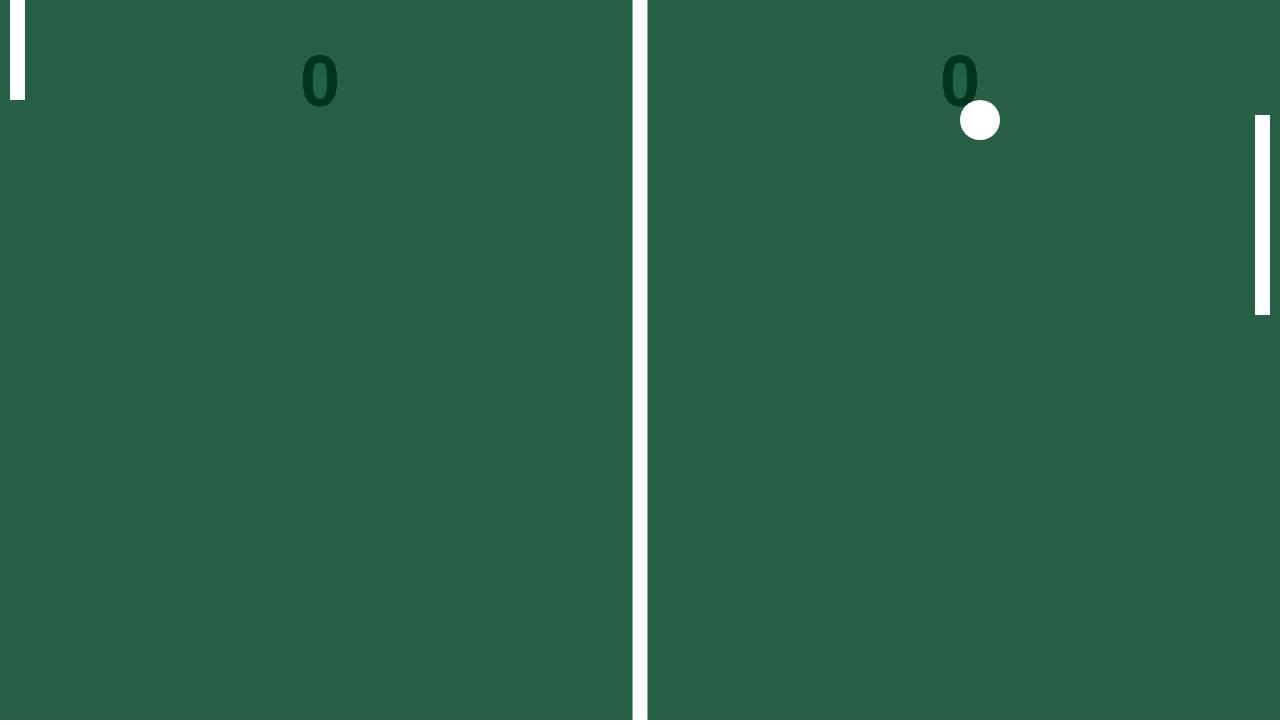
Repository: carlosrobertofigueiredo/Projeto-Ping-Pong
Page: index.html
An editor plug-in stored every save of this project. The page is shown before and after the next save, followed by the edit.
The browser window is 1280 px wide. The pictures show the whole page.

Above is the page before, as saved 2023-05-01 17:21:40.

### index.html
<!DOCTYPE html>
<html lang="en">
  <head>
    <meta charset="UTF-8" />
    <meta http-equiv="X-UA-Compatible" content="IE=edge" />
    <meta name="viewport" content="width=device-width, initial-scale=1.0" />
    <title>Jogo Ping-Pong</title>
    <style>
      * {
        overflow: hidden;
        margin: 0;
        padding: 0;
      }
   </style>
  </head>
  <body>
    <canvas></canvas>
    <script>
      //Captura o elemento canvas do DOM
      const canvasEl = document.querySelector("canvas"),
        canvasCtx = canvasEl.getContext("2d"),
        gapX = 10 //gapX = afastamento da raquete em relação a borda

        const mouse = { x: 0, y: 0}

      const field = {
        w: window.innerWidth,
        h: window.innerHeight,
        draw: function () {
          canvasCtx.fillStyle = "#286047" //fillStyle define o estilo do objeto
          canvasCtx.fillRect(0, 0, this.w, this.h) //fillRect define as medidas do retângulo, this - faz referência ao objeto interno
        },
      }

      const line = {
        w: 15,
        h: field.h,
        draw: function(){
          canvasCtx.fillStyle = "#ffffff"

         // desenha linha central
         canvasCtx.fillRect(field.w / 2 - this.w / 2, 0, this.w, this.h) // field faz referência ao objeto da cons field e o this aos parâmetros internos do próprio objeto

           /* const x = window.innerHeight / 2 - lineWidth / 2 //largura do campo dividido por dois e a largura divida por dois, caso queira mudar a espessura da linha no futuro fica mais fácil para centralizar a linha
        const y = 0 // onde começa a linha
        const w = lineWidth  //largura é a própria linha
        const h = window.innerHeight

        canvasCtx.fillRect(x,y,w,h) */

        },
      }

      const leftPaddle = {
        x: gapX,
        y: 0,
        w: line.w,
        h: 200,
        _move: function(){
          this.y = mouse.y - this.h / 2 //a raquete se orienta pelo movimento do mouse e o this.h/2 coloca o ponteiro do mouse no meio da raquete
        },
        draw: function(){
          canvasCtx.fillStyle = "#ffffff"
          // desenha a raquete esquerda
        canvasCtx.fillRect(this.x, this.y, this.w, this.h)  //  this.x = afastamento da raquete da borda), this.y = altura da raquete em relação ao topo,  this.w = largura da linha, this.h = altura da raquete

         this._move() // chama a função move para controlar a raquete
       },
      }


      const rightPaddle = {
        x: field.w - line.w - gapX,
        y: 100,
        w: line.w,
        h: 200,
        _move: function(){
          this.y = ball.y //a raquete se orienta pela bolinha
        },
        draw: function(){
          canvasCtx.fillStyle = "#ffffff"
         // desenha a raquete direita
        canvasCtx.fillRect(this.x, this.y, this.w, this.h)  //  this.x = afastamento da raquete da borda), this.y = altura da raquete em relação ao topo,  this.w = largura da linha, this.h = altura da raquete

          this._move()
       },
      }

      const score = {
        human: 0,
        computer: 0,
        increaseHuman: function () {
          this.human++
        },
        increaseComputer: function () {
          this.computer++
        },
        draw: function(){

          // desenha o placar
        canvasCtx.font = "bold 72px Arial"
        canvasCtx.textAlign = "center"
        canvasCtx.textBaseline = "top"
        canvasCtx.fillStyle = "#01341D"
        canvasCtx.fillText(this.human, field.w / 4, 50) //primeiro parâmetro é o texto do placar = 3, o segundo parâmento é o primeiro 1/4 do campo = window.innerWidth / 4, o terceiro parâmetro é o y que corresponde a altura do placar.
        canvasCtx.fillText(this.computer, field.w / 4 + field.w / 2, 50)

        },

      }

      const ball = {

        x: 0,
        y: 0,
        r:  20,
        speed: 5,
        directionX: 1, //diz a trajetória da bolinha, 1 = bolinha indo pra frente e -1 bolinha pra trás.
        directionY: 1, //diz a trajetória da bolinha, 1 = bolinha indo pra baixo e -1 bolinha pra cima.

        _calcPosition: function(){

          // verifica se o jogador 1 fez um ponto (x > largura do campo)
          if (this.x > field.w - this.r - rightPaddle.w - gapX) {
            // verifica se a raquete direita está na posição y da bola
            if (
              this.y + this.r > rightPaddle.y &&
              this.y - this.r < rightPaddle.y + rightPaddle.h
            ) {
              // rebate a bola intervertendo o sinal de X
              this._reverseX()
            } else {
              // pontuar o jogador 1
              score.increaseHuman()
              this._pointUp()
            }
          }
          //verifica as laterais superior e inferior do campo
          if(
            (this.y - this.r < 0 && this.directionY < 0 ) ||  //reveter o y na parte superior do campo, this.r desconsidera o centro do raio para rebater pela borda
            (this.y > field.h - this.r && this.directionY > 0) //no momento que o Y da bolinha começar a descer, se ela for maior que a altura de campo se inverte a direção, this.r desconsidera o centro do raio para rebater pela borda
            ){
              // rebate a bola invertendo o sinal do eixo Y
              this._reverseY()

          }
        },

        _reverseX: function(){
          this.directionX *= -1
        },

        _reverseY: function(){
          /*
          1 * -1 = -1
          -1 * -1 =  1 */

          this.directionY *= -1
        },

        _pointUp: function () {
          this.x = field.w / 2
          this.y = field.h / 2
        },

        _move: function(){
          this.x += this.directionX * this.speed
          this.y += this.directionY * this.speed
        },
        draw: function() {

          // desenha a bolinha
        canvasCtx.fillStyle = "#ffffff"
        canvasCtx.beginPath()  //o comando arc não tem um comando fillarc, por isso é necessário colocar o arc entre o beginPath() e o fill()
        canvasCtx.arc(this.x, this.y, this.r, 0, 2 * Math.PI, false)  //arc(x, y, r, 0, 0.0 * Math.PI, false) x,y = posição do arco(bolinha), r = tamanho da bolinha, 0 = inicio do arco, 2.0 * PI define o circulo
        canvasCtx.fill()

        this._calcPosition()
        this._move()

        },

        }


       /*Função p/ definir altura e largura do campo*/
       function setup() {
        canvasEl.width = canvasCtx.width = field.w
        canvasEl.height = canvasCtx.height = field.h
      }

      /* Função de desenho dos elementos do campo*/
        function draw() {
        field.draw()
        line.draw()
        leftPaddle.draw()
        rightPaddle.draw()
        score.draw()
        ball.draw()

      }




      window.animateFrame = ( function () {
         return(
           window.requestAnimationFrame ||
           window.webkitRequestAnimationFrame ||
           window.mozRequestAnimationFrame ||
           window.oRequestAnimationFrame ||
           window.msRequestAnimationFrame ||
           function (callback) {
            return window.setTimeout(callback, 1000 / 60)
           }
          )
         })()

         function main() {
          animateFrame(main)
          draw()
         }

         setup()
         main()

         canvasEl.addEventListener("mousemove", function (e) {
          mouse.x = e.pageX
          mouse.y = e.pageY



         })


    </script>
  </body>
</html>

After the next save:
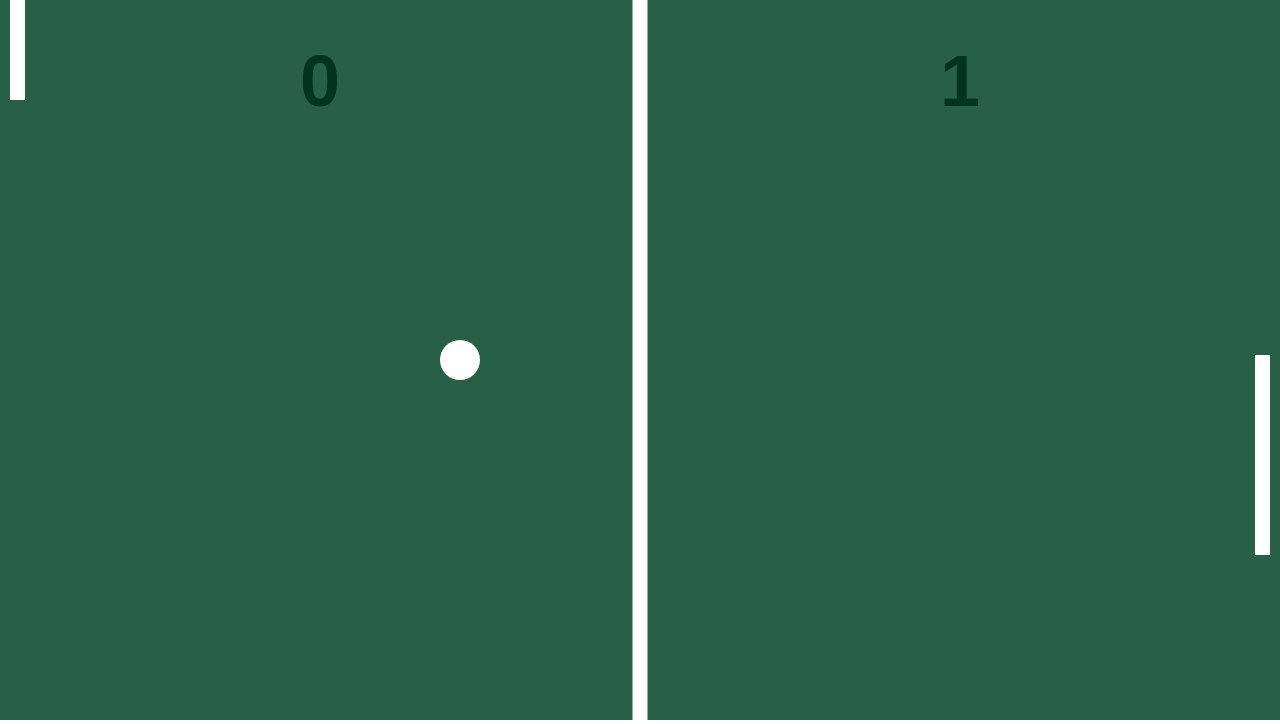
Saved 28 min 7 s later.
--- a/index.html
+++ b/index.html
@@ -135,6 +135,20 @@
               this._pointUp()
             }
           }
+           // verifica se o jogador 2 fez um ponto
+           if (this.x < this.r + leftPaddle.w + gapX) {
+            // verifica se a raquete esquerda está na posição y da bola
+            if (this.y + this.r > leftPaddle.y && this.y - this.r < leftPaddle.y + leftPaddle.h){
+               // rebate a bola intervertendo o sinal de X
+               this._reverseX()
+            }  else {
+              // pontuar o jogador 2
+              score.increaseComputer()
+              this._pointUp()
+            }
+           }
+
+
           //verifica as laterais superior e inferior do campo
           if(
             (this.y - this.r < 0 && this.directionY < 0 ) ||  //reveter o y na parte superior do campo, this.r desconsidera o centro do raio para rebater pela borda
